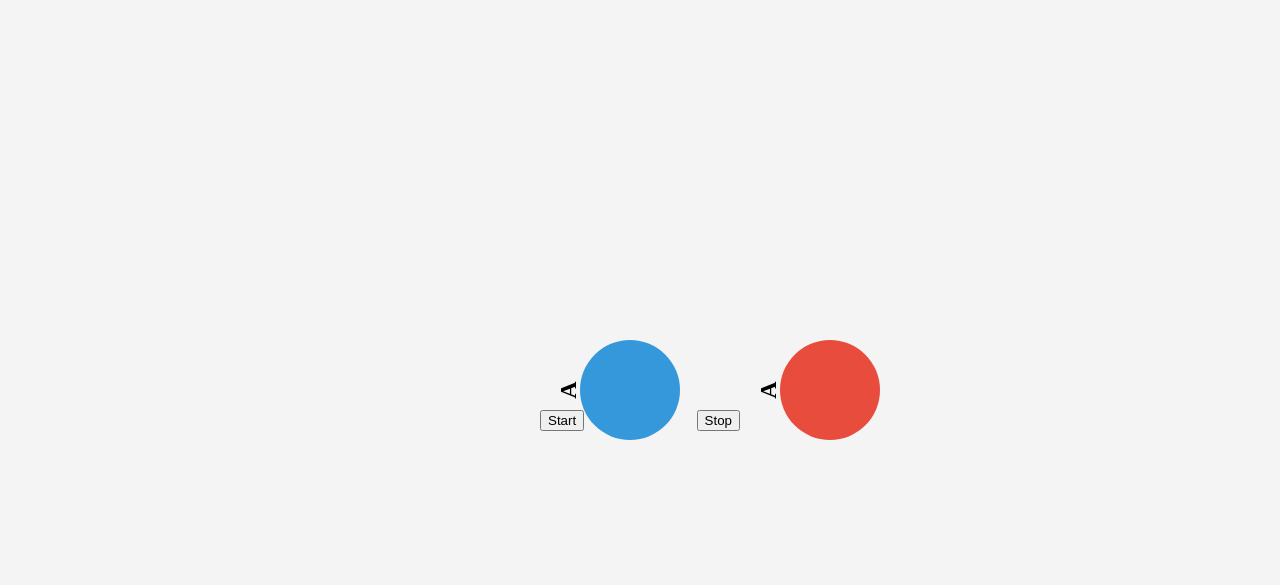
Repository: boshi-an/Isorhythm
Page: .vscode/Isorhythm/index.html
An editor plug-in stored every save of this project. The page is shown before and after the next save, followed by the edit.
The browser window is 1280 px wide. The pictures show the whole page.

Above is the page before, as saved 2023-10-18 17:44:41.

### .vscode/Isorhythm/index.html
<!DOCTYPE html>
<html lang="en">

<head>
    <meta charset="UTF-8">
    <meta name="viewport" content="width=device-width, initial-scale=1.0">
    <title>Rotating Circles</title>
    <link rel="stylesheet" href="styles.css">
</head>

<body>
    <div class="circleContainer">
        <div class="circle" id="circle1">
            <div class="letter">A</div>
        </div>
        <div class="circle" id="circle2">
            <div class="letter">A</div>
        </div>
    </div>
    <div class="uiContainer">
        <button id="startBtn">Start</button>
        <button id="stopBtn">Stop</button>
    </div>
    <script src="script.js"></script>
</body>

</html>

### .vscode/Isorhythm/styles.css
body {
    position: relative;
    display: flex;
    justify-content: center;
    align-items: center;
    flex-direction: column;
    height: 100vh;
    background-color: #f4f4f4;
    overflow: hidden;
    margin: 0;
    gap: 20px;
}

.circleContainer {
    display: flex;
    align-items: center;
    width: calc(200px + 20px);
    /* Sum of two circle widths (assuming each is 100px) + potential margin between them (optional) */
    /* max-width removed, as it's no longer needed for this configuration */
}

.uiContainer {
    display: flex;
    /* Use Flexbox */
    align-items: center;
    /* Vertically align the circles in the container */
    justify-content: space-between;
    /* Put maximum space between the circles */
    width: 80%;
    /* You can adjust this value as needed */
    max-width: 200px;
    /* Optional: to prevent the circles from getting too far apart on large screens */
}

.triangle {
    width: 0;
    height: 0;
    border-left: 50px solid transparent;
    border-right: 50px solid transparent;
    border-bottom: 87px solid #3498db;
    will-change: transform;
    transform-origin: 50% 50%;
}

.circle {
    margin: 0 0;
    width: 100px;
    height: 100px;
    border-radius: 50%;
    will-change: transform;
    transform-origin: 50% 50%;

    position: relative;
    display: flex;
    align-items: center;
    justify-content: center;
}

.letter {
    position: absolute;
    font-size: 1.5em;
    /* Adjust as needed */
    font-weight: bold;
    /* Adjust as needed */
    transform: translateY(-50%) rotate(-90deg);
    /* Adjust as needed */
    top: 50%;
    left: -20px;
    /* Adjust as needed to place the letter to the left side of the circle */
}

#triangle1 {
    border-bottom: 87px solid #3498db;
    /* background-color: #3498db; */
}

#triangle2 {
    border-bottom: 87px solid #e74c3c;
    /* background-color: #e74c3c; */
}

#circle1 {
    background-color: #3498db;
    top: 50px;
    /* Adjust these values */
    left: 50px;
}

#circle2 {
    background-color: #e74c3c;
    top: 50px;
    /* Adjust these values */
    left: 150px;
}

### .vscode/Isorhythm/script.js
let angle1 = 0;
let angle2 = 0;
let animationId1;
let animationId2;

function rotateCircle1() {
    const circle1 = document.getElementById('circle1');
    angle1 = (angle1 + 2) % 360;
    circle1.style.transform = `rotate(${angle1}deg)`;
    animationId1 = requestAnimationFrame(rotateCircle1);
}

function rotateCircle2() {
    const circle2 = document.getElementById('circle2');
    angle2 = (angle2 - 2) % 360;
    circle2.style.transform = `rotate(${angle2}deg)`;
    animationId2 = requestAnimationFrame(rotateCircle2);
}

document.getElementById('startBtn').addEventListener('click', () => {
    cancelAnimationFrame(animationId1);
    cancelAnimationFrame(animationId2);
    rotateCircle1();
    rotateCircle2();
});

document.getElementById('stopBtn').addEventListener('click', () => {
    cancelAnimationFrame(animationId1);
    cancelAnimationFrame(animationId2);
});

After the next save:
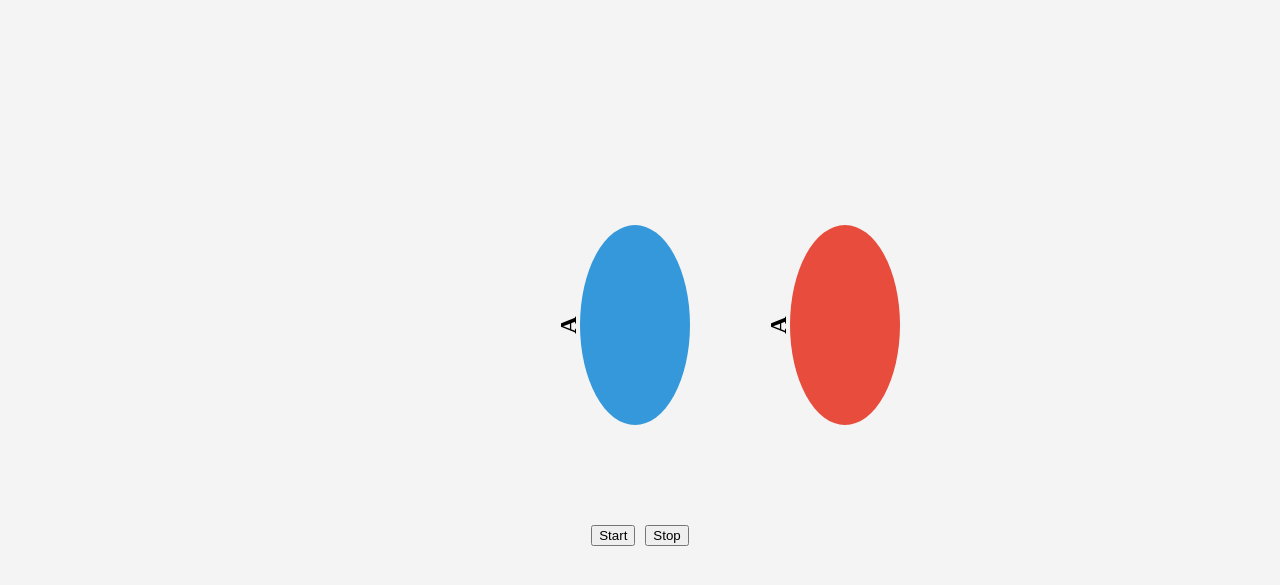
Saved 2 min 6 s later.
--- a/.vscode/Isorhythm/styles.css
+++ b/.vscode/Isorhythm/styles.css
@@ -1,35 +1,40 @@
 body {
-    position: relative;
     display: flex;
+    flex-direction: column;
+    /* Stack child elements vertically */
     justify-content: center;
+    /* Center the content vertically */
     align-items: center;
-    flex-direction: column;
+    /* Center the content horizontally */
     height: 100vh;
     background-color: #f4f4f4;
     overflow: hidden;
     margin: 0;
-    gap: 20px;
+    gap: 150px;
+    /* Space between the circle container and the button container */
 }
 
 .circleContainer {
     display: flex;
     align-items: center;
-    width: calc(200px + 20px);
-    /* Sum of two circle widths (assuming each is 100px) + potential margin between them (optional) */
-    /* max-width removed, as it's no longer needed for this configuration */
+    width: 220px;
+    /* Adjust based on your circle sizes */
+}
+
+.circle {
+    width: 200px;
+    height: 200px;
+    border-radius: 50%;
+    position: relative;
+    display: flex;
+    align-items: center;
+    justify-content: center;
+    margin: 0 0px;
 }
 
 .uiContainer {
     display: flex;
-    /* Use Flexbox */
-    align-items: center;
-    /* Vertically align the circles in the container */
-    justify-content: space-between;
-    /* Put maximum space between the circles */
-    width: 80%;
-    /* You can adjust this value as needed */
-    max-width: 200px;
-    /* Optional: to prevent the circles from getting too far apart on large screens */
+    gap: 10px;
 }
 
 .triangle {
@@ -40,20 +45,6 @@ body {
     border-bottom: 87px solid #3498db;
     will-change: transform;
     transform-origin: 50% 50%;
-}
-
-.circle {
-    margin: 0 0;
-    width: 100px;
-    height: 100px;
-    border-radius: 50%;
-    will-change: transform;
-    transform-origin: 50% 50%;
-
-    position: relative;
-    display: flex;
-    align-items: center;
-    justify-content: center;
 }
 
 .letter {
